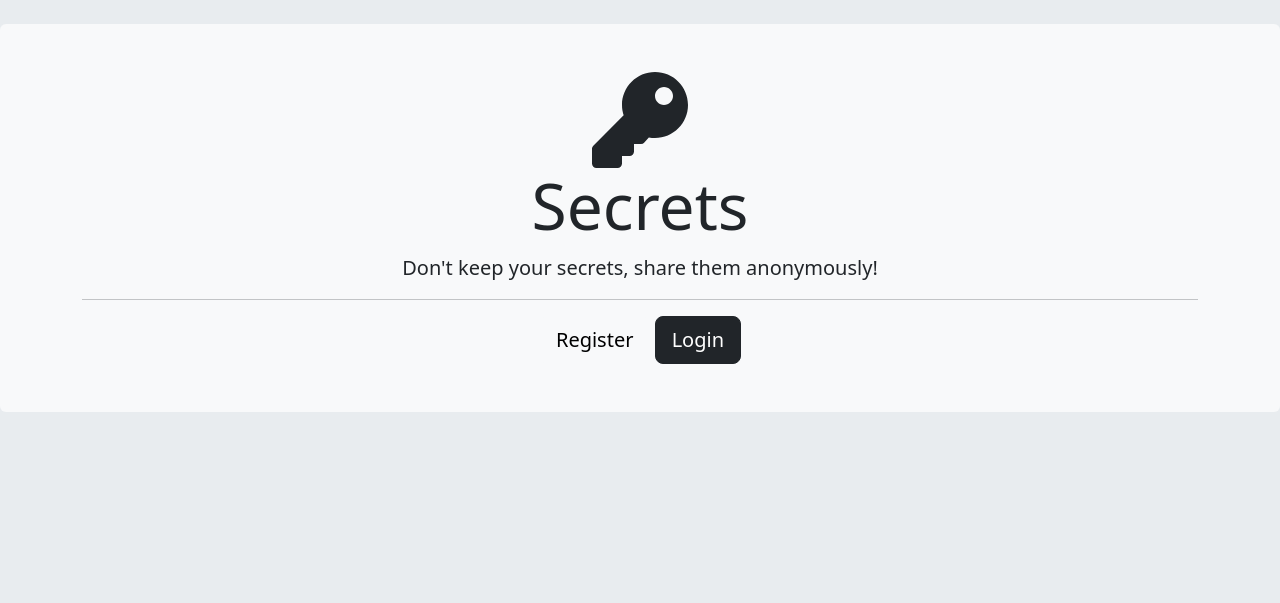
Repository: hritik1204/authentication
Page: http://localhost/
The author's editor kept a copy of each file at every save. The page is drawn from the files as they stood at one save, then again after the next save.
The browser window is 1280 px wide. The pictures show the whole page.
The page is served by the project's Node server (app.js).

Above is the page before, as saved 2022-07-07 17:14:28.

After the next save:
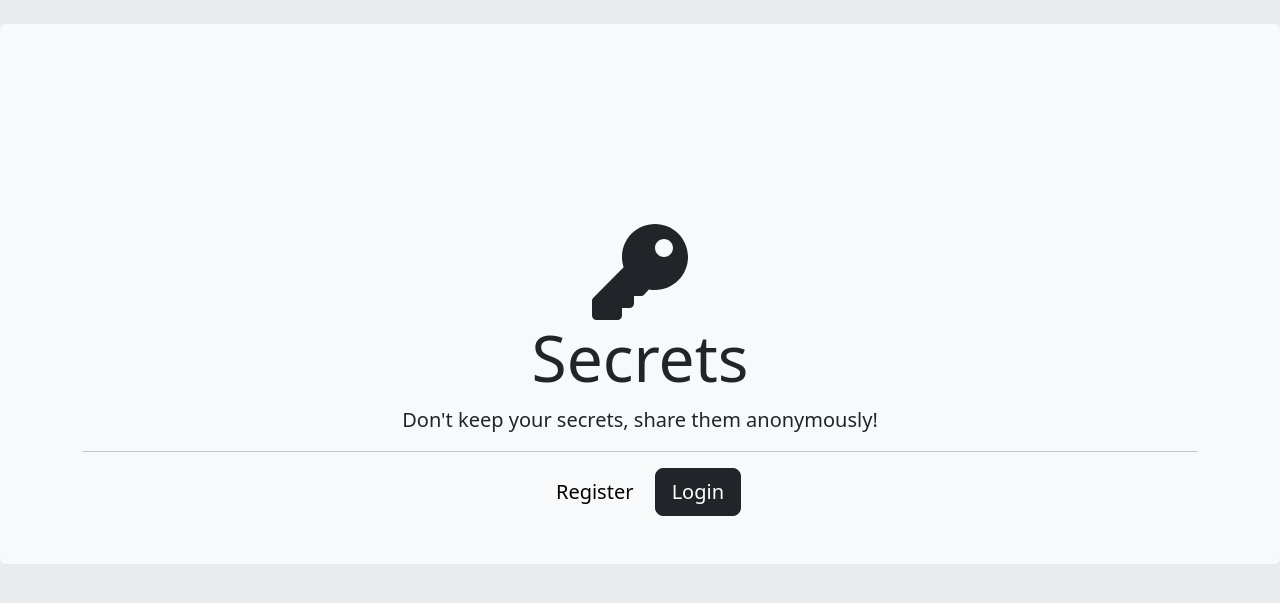
Saved 38 s later.
--- a/views/home.ejs
+++ b/views/home.ejs
@@ -1,7 +1,7 @@
 <%- include('partials/header') %>
 
 
-    <div class="bg-light  rounded py-5 mt-4  centered">
+    <div class="bg-light  rounded pb-5 mt-4  centered">
         <div class="container">
             <i class="fas fa-key fa-6x"></i>
             <h1 class="display-3">Secrets</h1>
